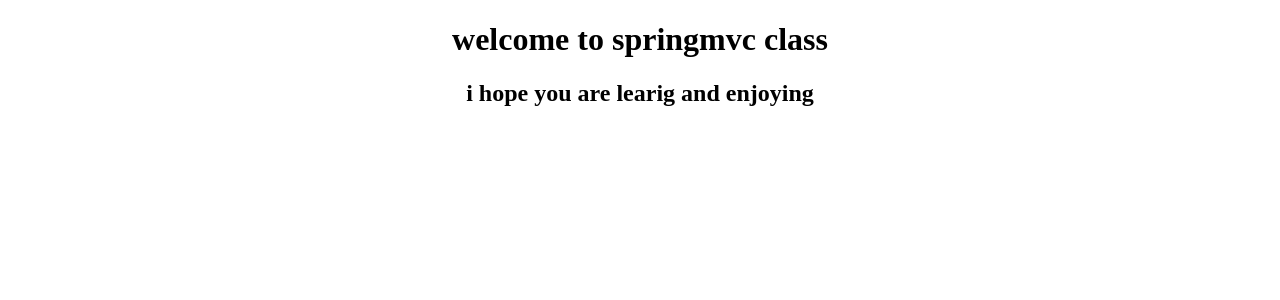
Repository: priyaadya/spring-practice-codes
Page: http://localhost/SpringmvcProject/about
An editor plug-in stored every save of this project. The page is shown before and after the next save, followed by the edit.
The browser window is 1280 px wide. The pictures show the whole page.
The page is served by Tomcat 9.

Above is the page before, as saved 2023-05-31 05:09:56.

After the next save:
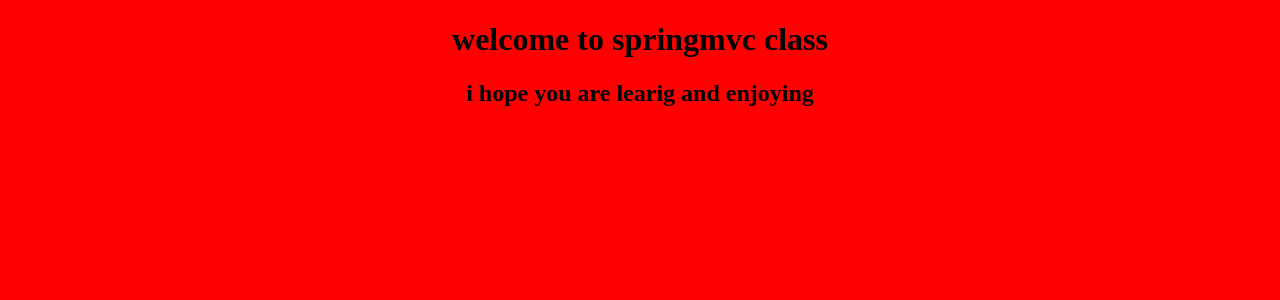
Saved 74 s later.
--- a/SpringmvcProject/src/main/webapp/WEB-INF/views/index2.jsp
+++ b/SpringmvcProject/src/main/webapp/WEB-INF/views/index2.jsp
@@ -6,7 +6,7 @@
 <meta charset="ISO-8859-1">
 <title>Insert title here</title>
 </head>
-<body gcolor="red">
+<body bgcolor="red">
 <center>
 <h1>welcome to springmvc class</h1>
 <h2>i hope you are learig and enjoying</h2>
